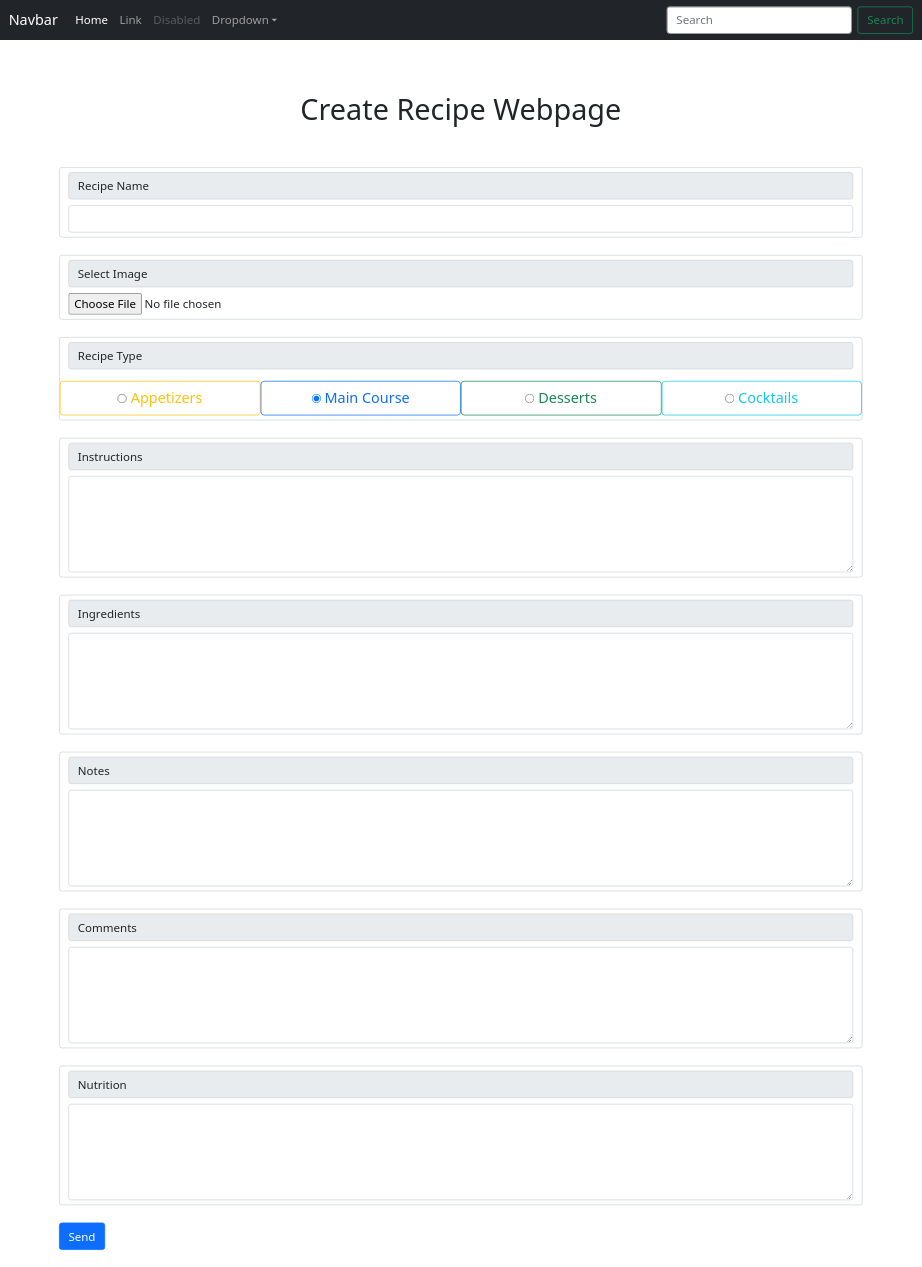
Repository: jerrywthompson/createRecipeWebpageHTML
Page: index.html
The author's editor kept a copy of each file at every save. The page is drawn from the files as they stood at one save, then again after the next save.
The browser window is 1280 px wide. The pictures show the whole page, at 72% of full size.

Above is the page before, as saved 2021-02-25 13:46:54.

After the next save:
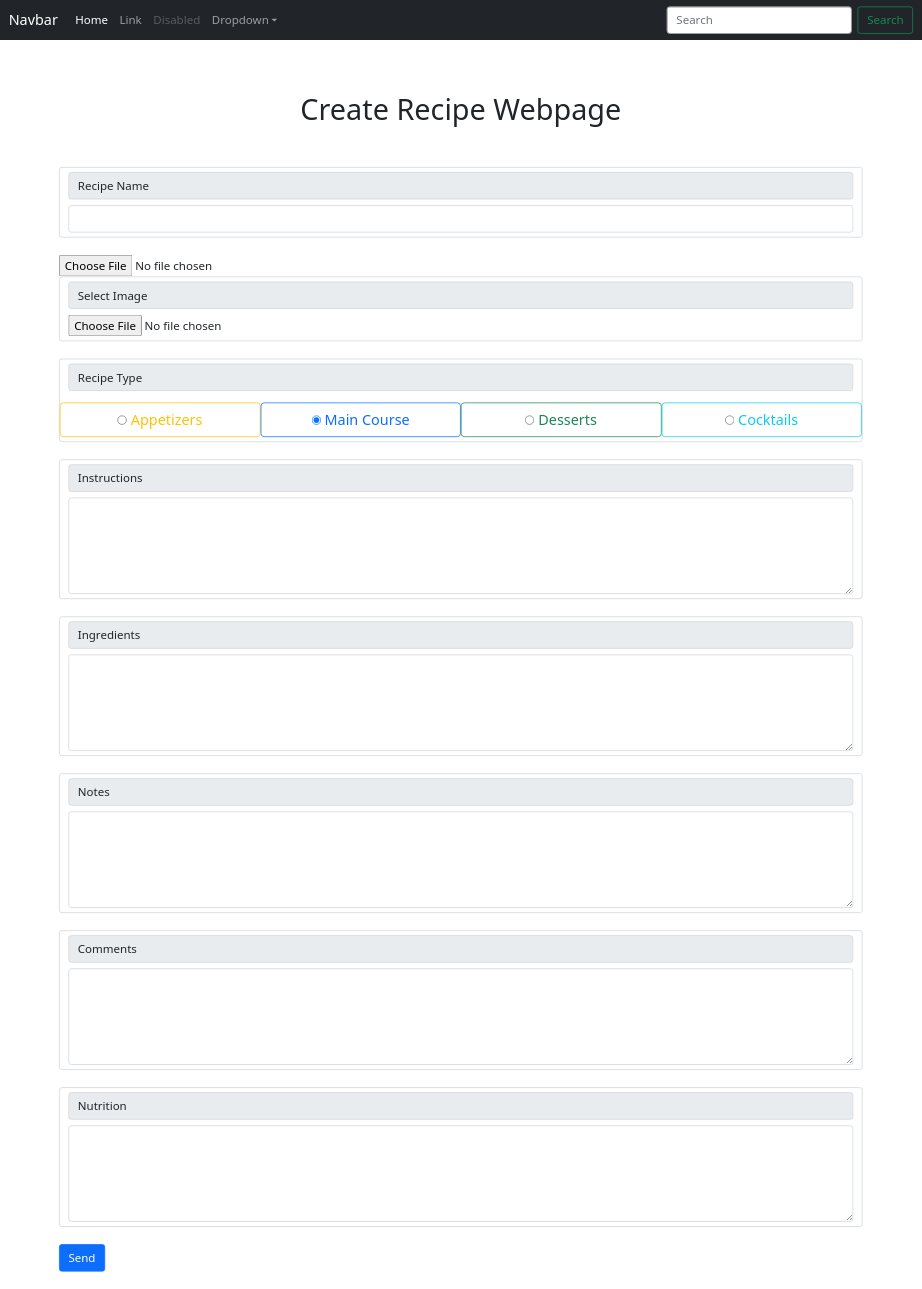
Saved 13 min 43 s later.
--- a/index.html
+++ b/index.html
@@ -80,7 +80,7 @@
                             <input type="text" name="recipeName" class="form-control" aria-label="Default" aria-describedby="inputGroup-sizing-default">
                         </div>
 
-
+                        <input id="input-b1" name="input-b1" type="file" class="file" data-browse-on-zone-click="true">
                         <div class="form-control mb-4">
 
                             <div class="input-group-prepend mb-2">
